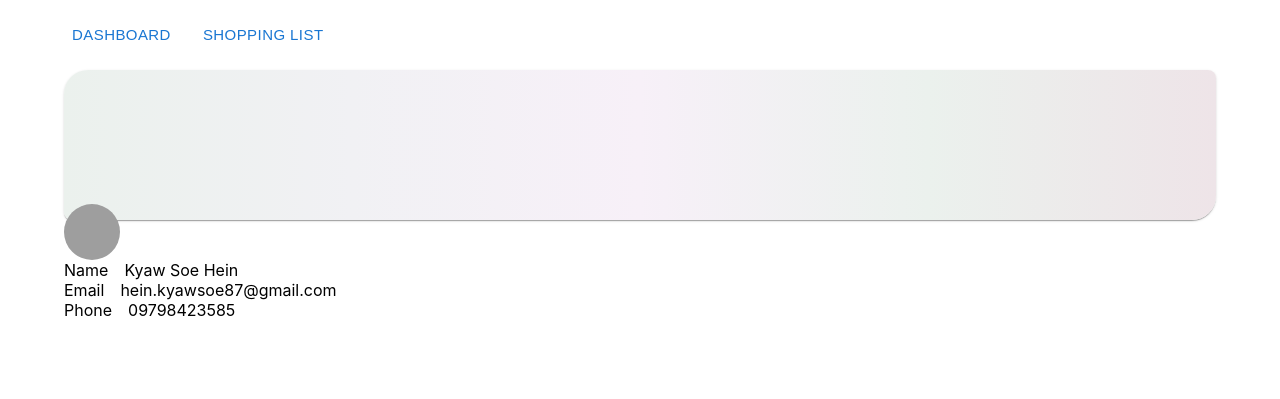
Repository: KyawSoeHein/GoogleAuthReact
Page: /
An editor plug-in stored every save of this project. The page is shown before and after the next save, followed by the edit.
The browser window is 1280 px wide. The pictures show the whole page.
Pictures or frames that could not be fetched are drawn as grey boxes. The project was rebuilt for these pictures with package versions that can differ from the ones it lists, and the page was loaded fresh each time. Also part of the build but not shown: src/App.css.

Above is the page before, as saved 2022-02-14 19:33:14.

After the next save:
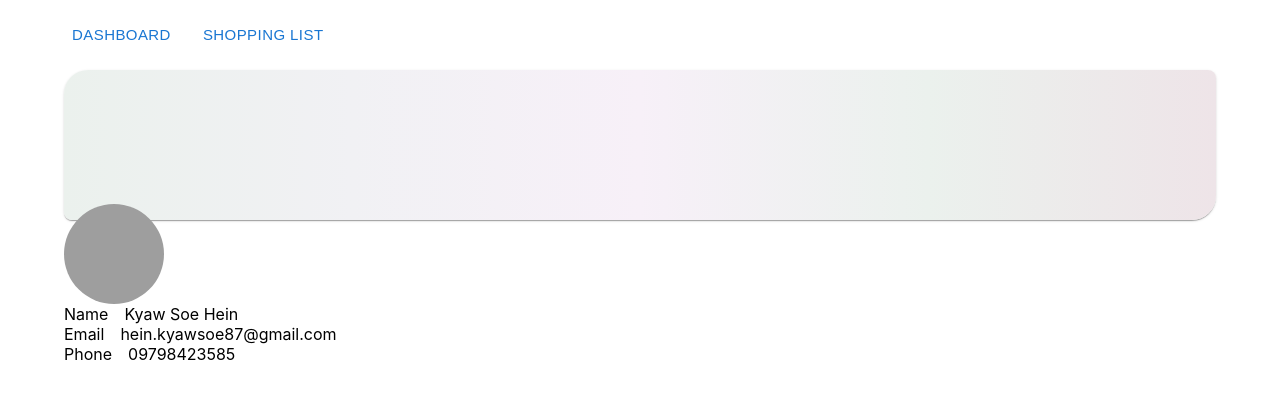
Saved 10 s later.
--- a/src/Components/CoverAndProfilePhoto.tsx
+++ b/src/Components/CoverAndProfilePhoto.tsx
@@ -21,7 +21,7 @@ const CoverAndProfilePhoto = () => {
       <Avatar
         alt="Remy Sharp"
         src="/static/images/avatar/1.jpg"
-        sx={{ width: 56, height: 56, marginTop: -2 }}
+        sx={{ width: 100, height: 100, marginTop: -2 }}
       />
     </div>
   );
